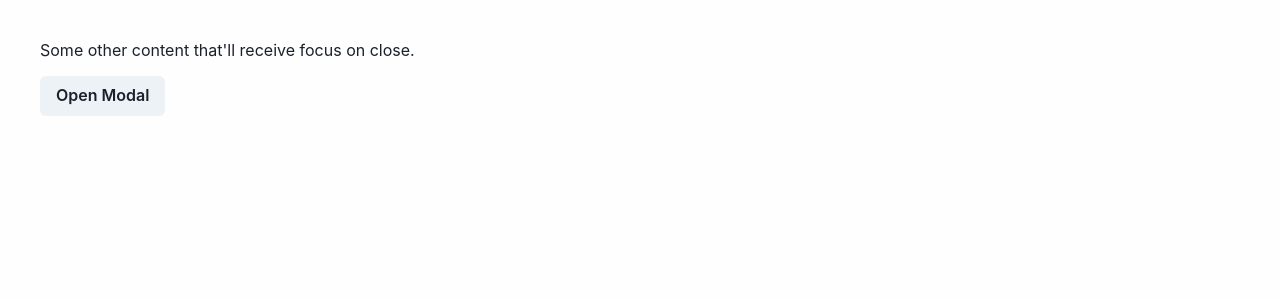
Repository: jorgelucasjs/chakra-ui-doc
Page: /
These files come from the project's save history. The page is drawn as it stood at one moment and after a run of saves; the edit follows.
The browser window is 1280 px wide. The pictures show the whole page.
The project was rebuilt for these pictures with package versions that can differ from the ones it lists, and the page was loaded fresh each time.

Above is the page before, as saved 2023-01-05 13:12:10.

After the next 2 saves:
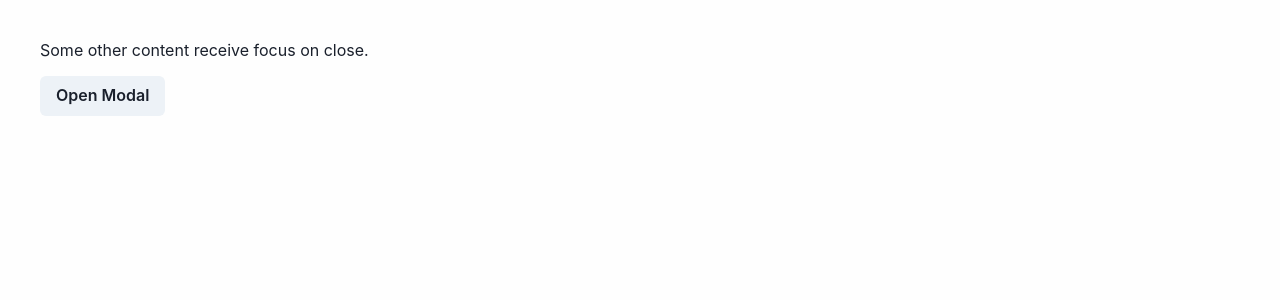
The 2 saves are shown as one change because they came seconds apart.
The last was saved 27 s later.
--- a/src/components/ModalComponent.tsx
+++ b/src/components/ModalComponent.tsx
@@ -22,7 +22,7 @@
 
 		<>
 			<Box ref={finalRef} tabIndex={-1} aria-label='Focus moved to this box'>
-				Some other content {"that'll"} receive focus on close.
+				Some other content  receive focus on close.
 			</Box>
 
 			<Button mt={4} onClick={onOpen}>

After the 3 saves that followed:
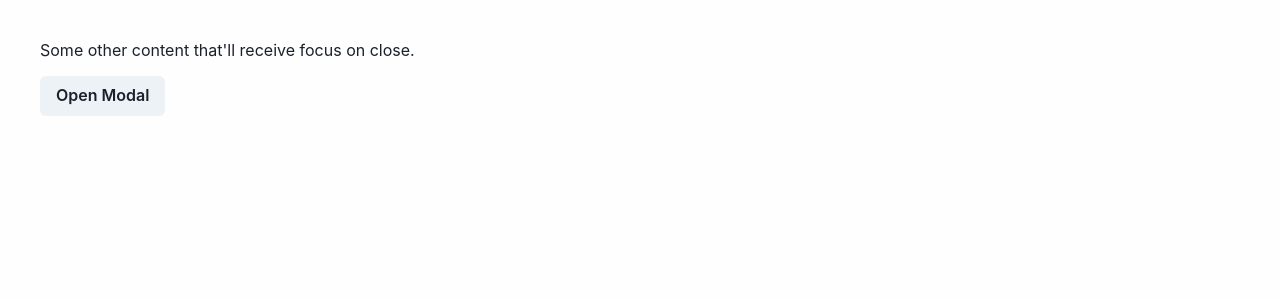
The 3 saves are shown as one change because they came seconds apart.
The last was saved 10 s later.
--- a/src/components/ModalComponent.tsx
+++ b/src/components/ModalComponent.tsx
@@ -22,7 +22,7 @@
 
 		<>
 			<Box ref={finalRef} tabIndex={-1} aria-label='Focus moved to this box'>
-				Some other content  receive focus on close.
+				Some other content {`that'll`} receive focus on close.
 			</Box>
 
 			<Button mt={4} onClick={onOpen}>
